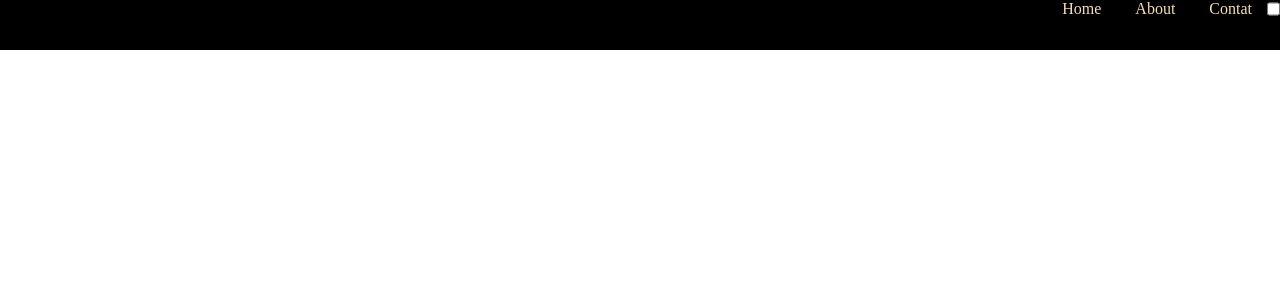
Repository: imokha01/toggleNavBar
Page: index.html
An editor plug-in stored every save of this project. The page is shown before and after the next save, followed by the edit.
The browser window is 1280 px wide. The pictures show the whole page.

Above is the page before, as saved 2023-12-26 22:16:20.

After the next save:
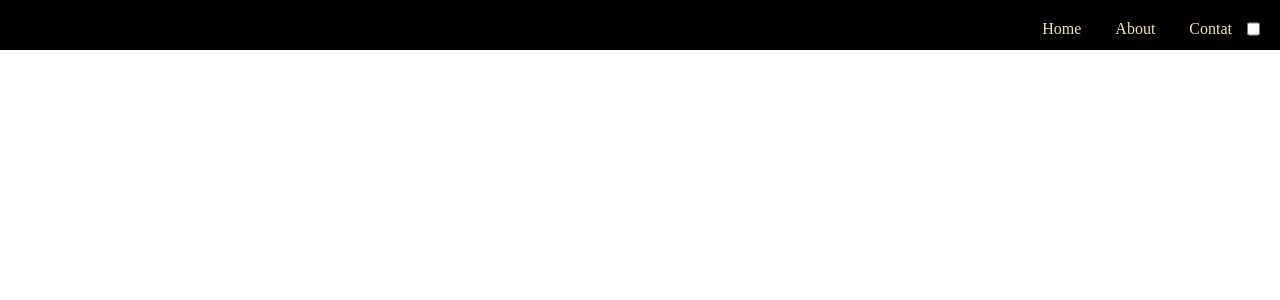
Saved 7 s later.
--- a/style.css
+++ b/style.css
@@ -28,5 +28,5 @@
 .header__content {
     display: flex;
     justify-content: end;
-
+    padding: 20px
 }
